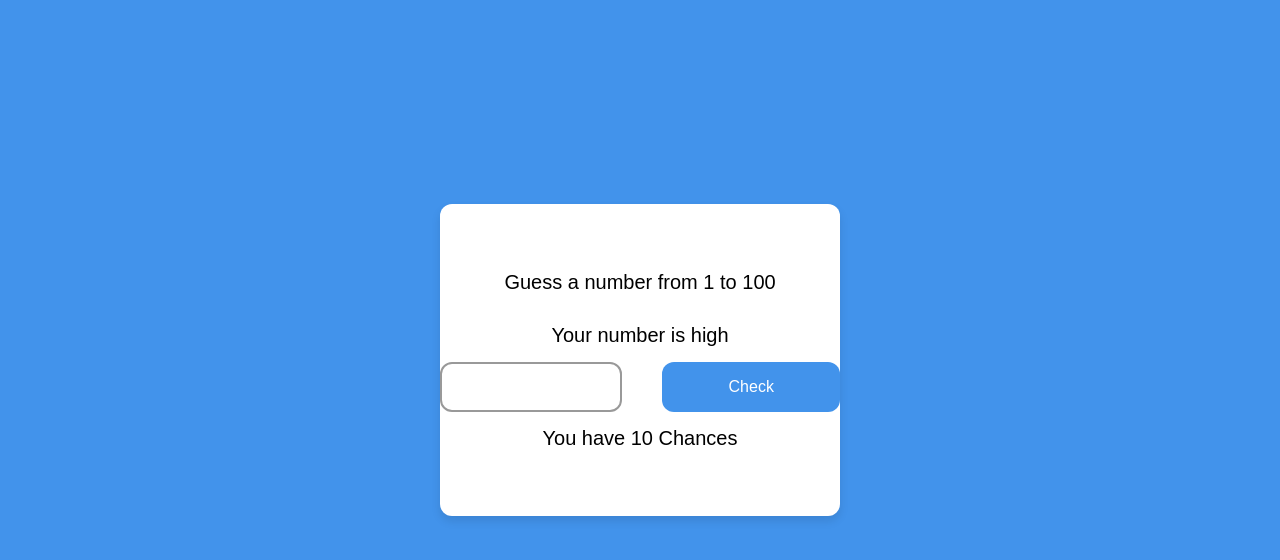
Repository: Ankitkr2021/Guess_Game
Page: index.html
An editor plug-in stored every save of this project. The page is shown before and after the next save, followed by the edit.
The browser window is 1280 px wide. The pictures show the whole page.

Above is the page before, as saved 2025-09-30 17:55:10.

### index.html
<!DOCTYPE html>
<html lang="en">
<head>
    <meta charset="UTF-8">
    <meta name="viewport" content="width=device-width, initial-scale=1.0">
    <title>Document</title>
    <link rel="stylesheet" href="./style.css">
</head>
<body>
    <div class="box">
        <p>Guess a number from 1 to 100</p>
        <p class="class">Your number is high</p>
        <div class="same-line">
        <input type="number">
        <button type="submit">Check</button>
        </div>
        <p>You have <span class="chances">10 </span>Chances</p>
    </div>
</body>
</html>

### style.css
@import url("https://fonts.googleapis.com/css2?family=Poppins:wght@300;400;500;600;700&display=swap">
);

*{
    margin: 0;
    padding: 0;
    box-sizing: border-box;
    font-family: 'Poppins',sans-serif;
}

body{
    display: flex;
    justify-content: center;
    align-items: center;
    height: 100vh;
    width: 100%;
    background: #4293eb;
}

.box{
    background: #fff;
    height: 312px;
    width: 400px;
    border-radius: 12px;
    display: flex;
    flex-direction: column;
    align-items: center;
    justify-content: center;
    box-shadow: 0 5px 10px rgba(0,0,0,0.1);
}

p{
    padding: 15px 20px;
    font-size: 20px;
    /* font-weight: 600; */
}

.same-line {
    /* background: green; */
    width: 100%;
    display: flex;
    align-items: center;
    justify-content: center;
}

input{
    /* margin: 50px; */
    padding: 20px;
    width: calc(100% / 2);
    height: 50px;
    border-radius: 12px;
    border: 2px solid #999;
}


button{
    background: #4293eb;
    border: none;
    width: calc(100% / 2);
    color: #fff;
    margin-left: 40px;
    height: 50px;
    /* width: 80px; */
    border-radius: 12px;
    font-size: 16px;
    font-weight: 400;
    cursor: pointer;
}

After the next save:
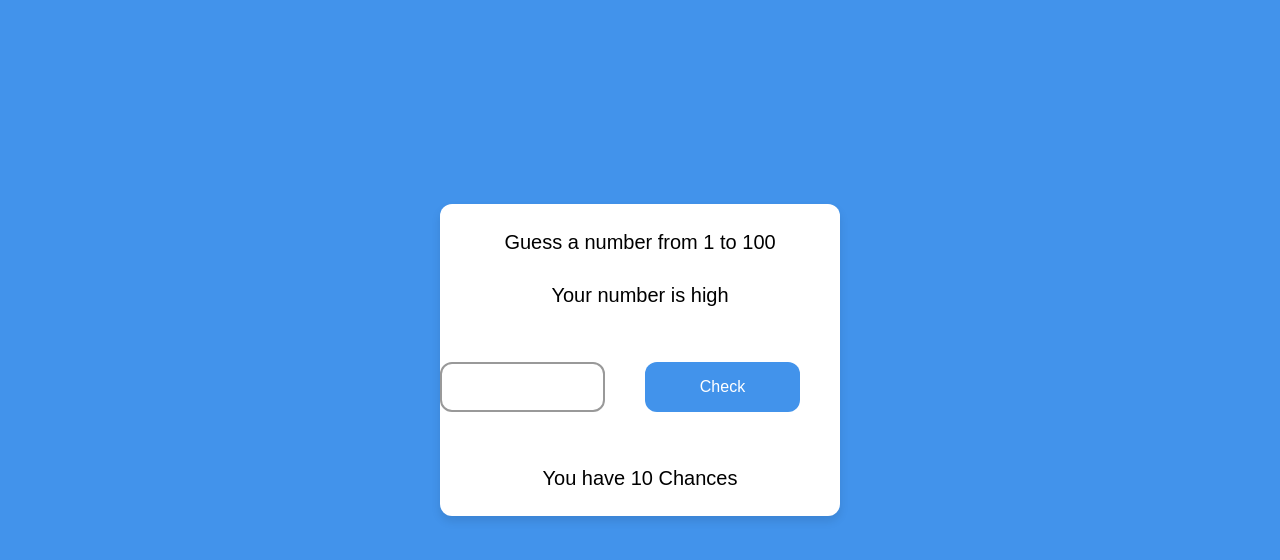
Saved 10 s later.
--- a/style.css
+++ b/style.css
@@ -58,7 +58,7 @@ button{
     border: none;
     width: calc(100% / 2);
     color: #fff;
-    margin-left: 40px;
+    margin: 40px;
     height: 50px;
     /* width: 80px; */
     border-radius: 12px;
